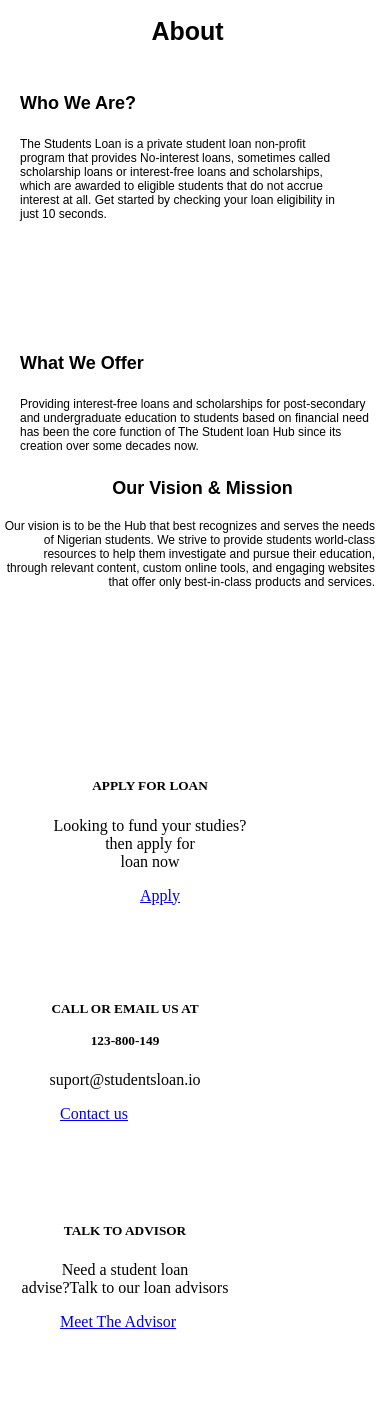
Repository: Tobby004/basic-loanweb
Page: about.html
The author's editor kept a copy of each file at every save. The page is drawn from the files as they stood at one save, then again after the next save.
The browser window is 375 px wide. The page is 380 px wide, so the pictures cover 380 px, including what lies to the right of the window. The pictures show the whole page.

Above is the page before, as saved 2023-07-05 09:21:23.

After the next save:
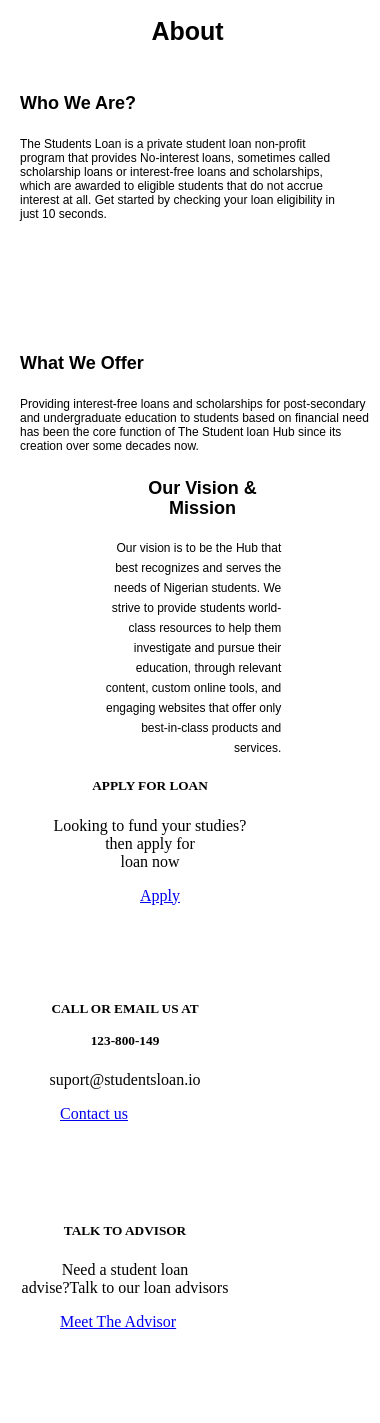
Saved 54 s later.
--- a/about.css
+++ b/about.css
@@ -127,15 +127,17 @@ h1 {
    .box {
         display: block;
         height: 200px;
-        width: 100%;
+        width: 50%;
         margin-bottom: 100px;
    }
   .box h4 {
     font-size: 18px;
+    line-height: 20px;
   }
   .box p {
     font-size: 12px;
     text-align: right;
+    line-height: 20px;
   }
 
 
